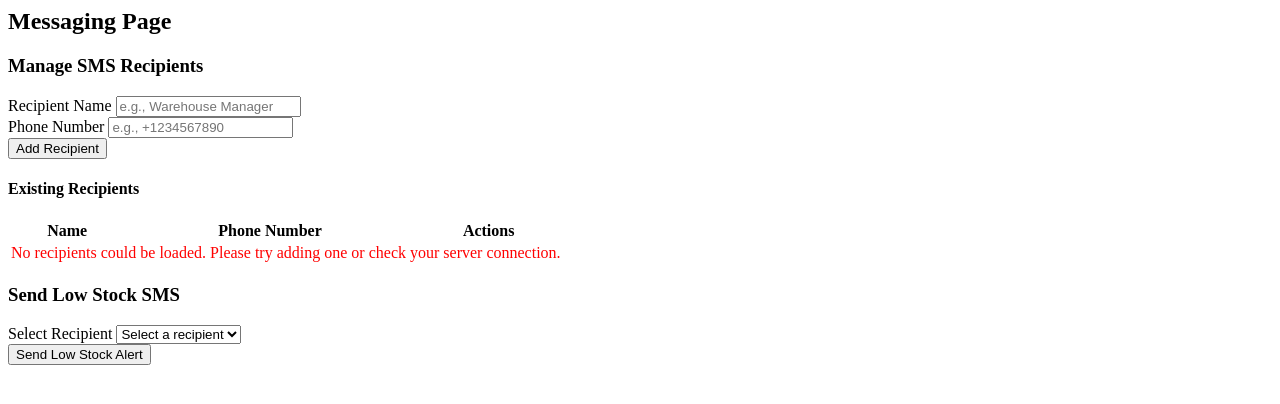
Repository: AdrianLeAsian/InventorySystem
Page: http://localhost/pages/messaging.php
An editor plug-in stored every save of this project. The page is shown before and after the next save, followed by the edit.
The browser window is 1280 px wide. The pictures show the whole page.
The page is run by PHP 8.4 with error messages shown; the project is at /var/www/html/.

Above is the page before, as saved 2025-07-16 12:01:05.

After the next save:
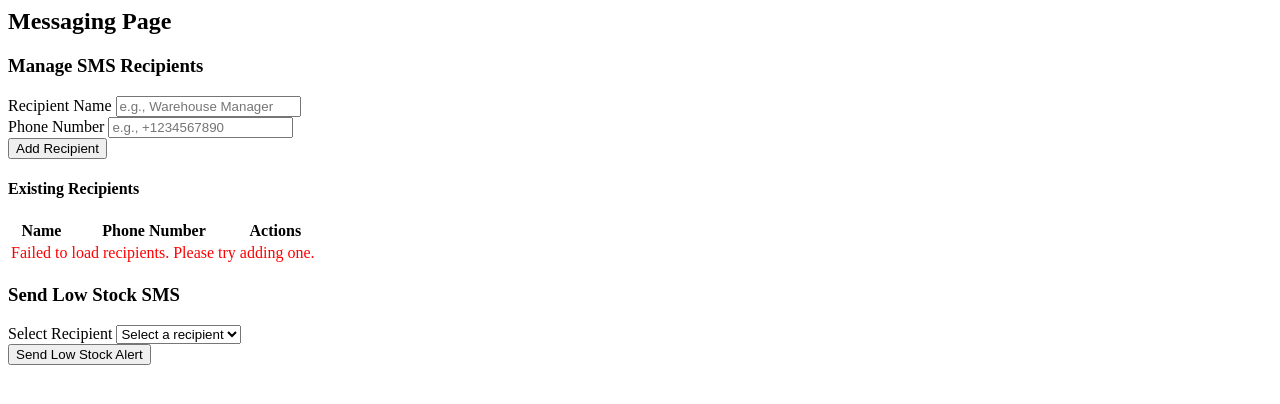
Saved 18 s later.
--- a/js/messaging.js
+++ b/js/messaging.js
@@ -134,7 +134,7 @@ document.addEventListener('DOMContentLoaded', function() {
             })
             .catch(error => {
                 console.error('Error loading recipients:', error);
-                recipientsTableBody.innerHTML = '<tr><td colspan="3" style="color: red;">No recipients could be loaded. Please try adding one or check your server connection.</td></tr>';
+                recipientsTableBody.innerHTML = '<tr><td colspan="3" style="color: red;">Failed to load recipients. Please try adding one.</td></tr>';
             });
     }
 
